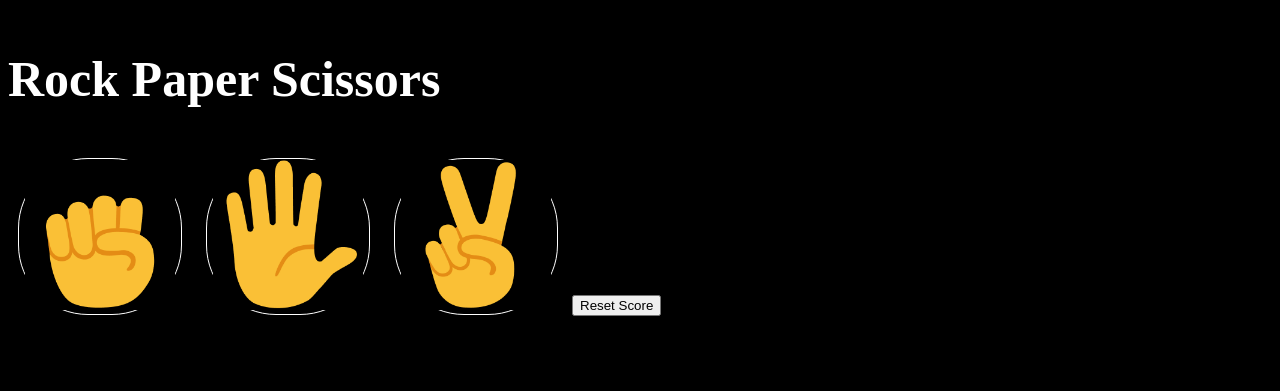
Repository: pgyunknown/Rock_paper_scissors-
Page: index.html
An editor plug-in stored every save of this project. The page is shown before and after a run of saves, followed by the edit.
The browser window is 1280 px wide. The pictures show the whole page.

Above is the page before, as saved 2024-08-30 17:06:38.

### index.html

<!DOCTYPE html>
<html>
  <head>
    <title>Rock Paper Scissors</title>
    <link rel="stylesheet" href="index.css">
  </head>
  <body>
    <p class="title">Rock Paper Scissors</p>
    <button onclick="
      playGame('rock');
    "class="emoji"><img src="images/rock-emoji.png" alt=""></button>

    <button onclick="
      playGame('paper');
    " class="emoji"><img src="images/paper-emoji.png" alt=""></button>

    <button onclick="
      playGame('scissors');
    " class="emoji"><img src="images/scissors-emoji.png" alt=""></button>

    <button onclick="
      score.wins = 0;
      score.losses = 0;
      score.ties = 0;
      localStorage.removeItem('score');
    ">Reset Score</button>

    <script src="index.js">

    </script>
  </body>
</html>

### index.css
body{
  background-color: black;
  color: white;
}
.title{
  font-size: 50px;
  font-weight: bold;
}

button img{
  height: 150px;
  width: 150px;
  background-color: black;
  /* border: 1px solid white;
  border-radius: 70px; */
}
.emoji{
  background-color: black;
    border: 1px solid white;
  border-radius: 70px;
  margin: 0px 10px 0px 10px;
}

### index.js
      let score = JSON.parse(localStorage.getItem('score')) || {
        wins: 0,
        losses: 0,
        ties: 0
      };

      function pickComputerMove() {
        const randomNumber = Math.random();

        let computerMove = '';

        if (randomNumber >= 0 && randomNumber < 1 / 3) {
          computerMove = 'rock';
        } else if (randomNumber >= 1 / 3 && randomNumber < 2 / 3) {
          computerMove = 'paper';
        } else if (randomNumber >= 2 / 3 && randomNumber < 1) {
          computerMove = 'scissors';
      }

        return computerMove;
      }
      function playGame(playerMove) {
        const computerMove = pickComputerMove();

        let result = '';

        if (playerMove === 'scissors') {
          if (computerMove === 'rock') {
            result = 'You lose.';
          } else if (computerMove === 'paper') {
            result = 'You win.';
          } else if (computerMove === 'scissors') {
            result = 'Tie.';
          }

        } else if (playerMove === 'paper') {
          if (computerMove === 'rock') {
            result = 'You win.';
          } else if (computerMove === 'paper') {
            result = 'Tie.';
          } else if (computerMove === 'scissors') {
            result = 'You lose.';
          }

        } else if (playerMove === 'rock') {
          if (computerMove === 'rock') {
            result = 'Tie.';
          } else if (computerMove === 'paper') {
            result = 'You lose.';
          } else if (computerMove === 'scissors') {
            result = 'You win.';
          }
        }

        if (result === 'You win.') {
          score.wins += 1;
        } else if (result === 'You lose.') {
          score.losses += 1;
        } else if (result === 'Tie.') {
          score.ties += 1;
        }

        localStorage.setItem('score', JSON.stringify(score));

        alert(`You picked ${playerMove}. Computer picked ${computerMove}. ${result}
Wins: ${score.wins}, Losses: ${score.losses}, Ties: ${score.ties}`);
      }

After the next 3 saves:
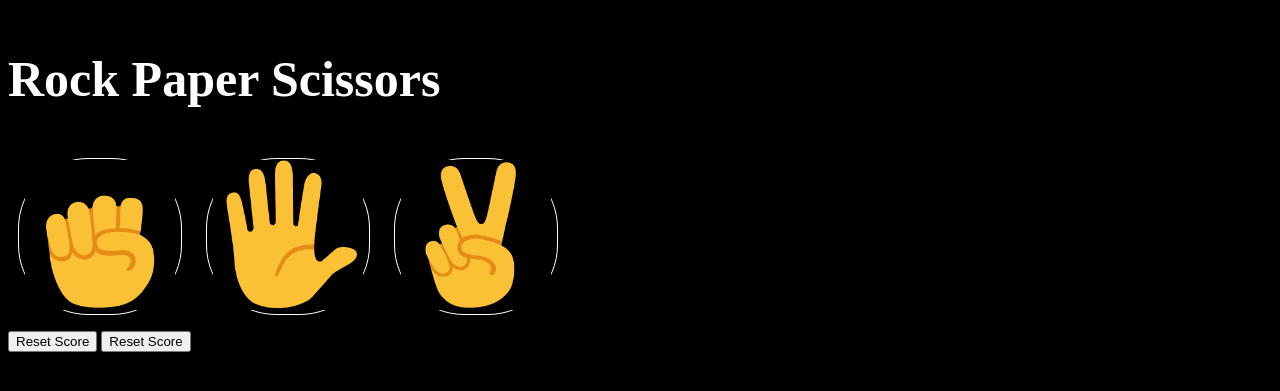
The 3 saves are shown as one change because they came seconds apart.
The last was saved 2 min 23 s later.
--- a/index.html
+++ b/index.html
@@ -19,6 +19,17 @@
       playGame('scissors');
     " class="emoji"><img src="images/scissors-emoji.png" alt=""></button>
 
+    <p class="js-result result"></p>
+    <p class="js-moves"></p>
+    <p class="js-score score"></p>
+
+    <button onclick="
+      score.wins = 0;
+      score.losses = 0;
+      score.ties = 0;
+      localStorage.removeItem('score');
+      updateScoreElement();
+    " class="reset-score-button">Reset Score</button>
     <button onclick="
       score.wins = 0;
       score.losses = 0;
